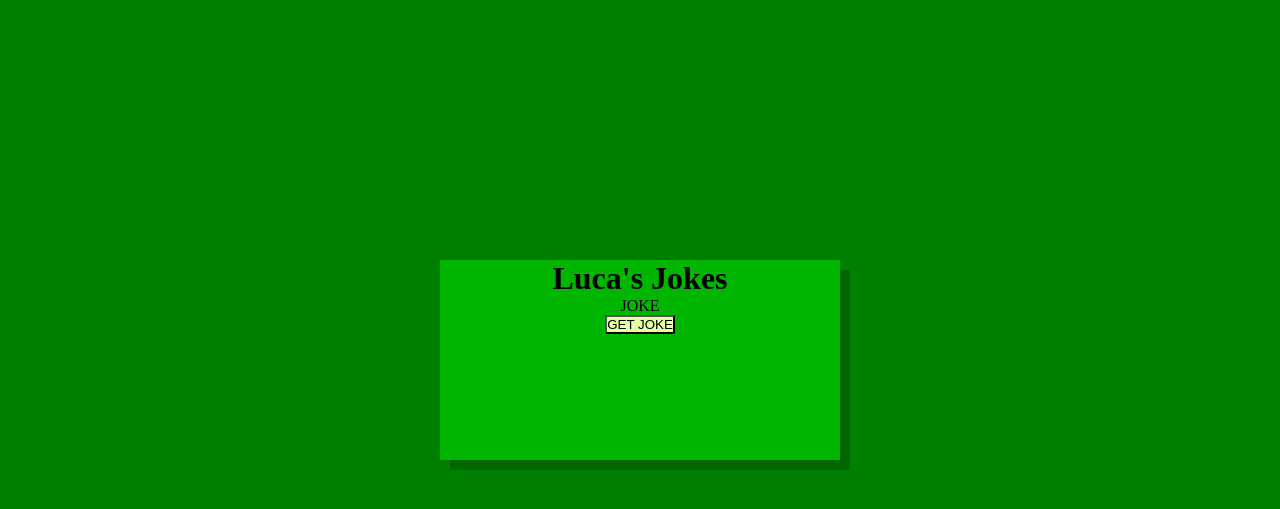
Repository: SerbanLuca/ChuckNorrisJokes-app
Page: /
The author's editor kept a copy of each file at every save. The page is drawn from the files as they stood at one save, then again after the next save.
The browser window is 1280 px wide. The pictures show the whole page.
The project was rebuilt for these pictures with package versions that can differ from the ones it lists, and the page was loaded fresh each time.

Above is the page before, as saved 2021-04-07 13:50:25.

### src/App.js
import './App.css';
import React, {useState, useEffect} from 'react';

const API_KEY = `https://api.chucknorris.io/jokes/random`;

function App() {

  return (
    <>
      <div className="container">
        <h1>Luca's Jokes</h1>
        <p>JOKE</p>
        <button className="button">GET JOKE</button>
      </div>
    </>
  );
}

export default App;

### src/App.css
*
{
  box-sizing:border-box;
  padding: 0;
  margin: 0;
}

#root
{
  display: flex;
  justify-content: center;
  align-items: center;
  min-height: 100vh;

}

.container
{
  background-color: rgb(0, 182, 0);
  width: 400px;
  height: 200px;
  box-shadow: 10px 10px rgba(0,0,0,0.2);
  text-align: center;
}

.button
{
  background-color: rgb(231, 255, 164);
  font: 50px;
}

body
{
  background-color: green;
}

Loaded but not shown: public/index.html (common file); src/index.js (common file)

After the next save:
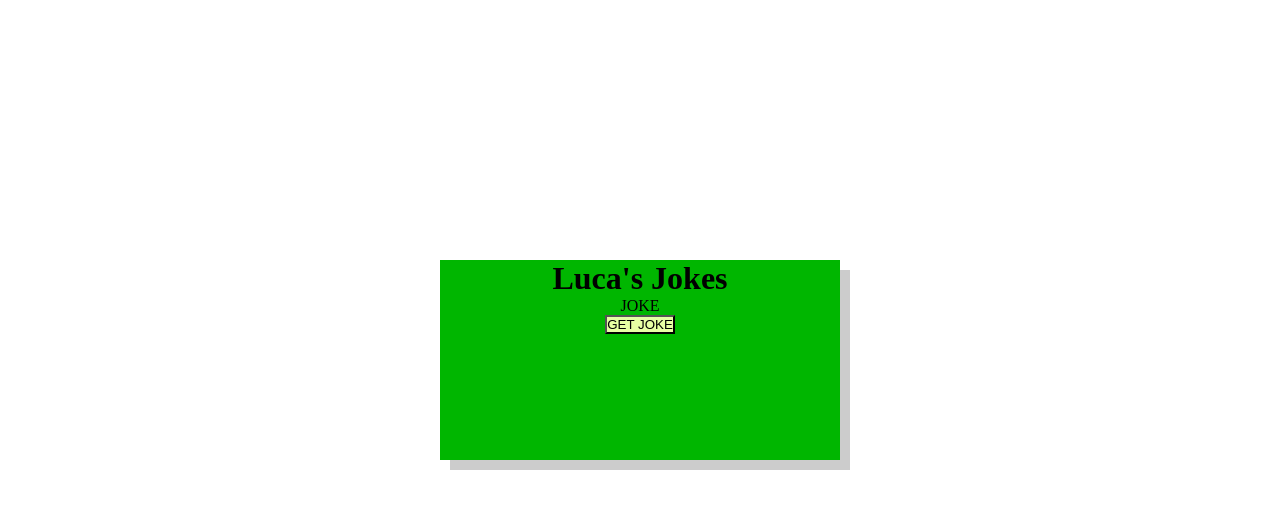
Saved 50 s later.
--- a/src/App.css
+++ b/src/App.css
@@ -29,6 +29,8 @@
   font: 50px;
 }
 
+.container .box
+
 body
 {
   background-color: green;
